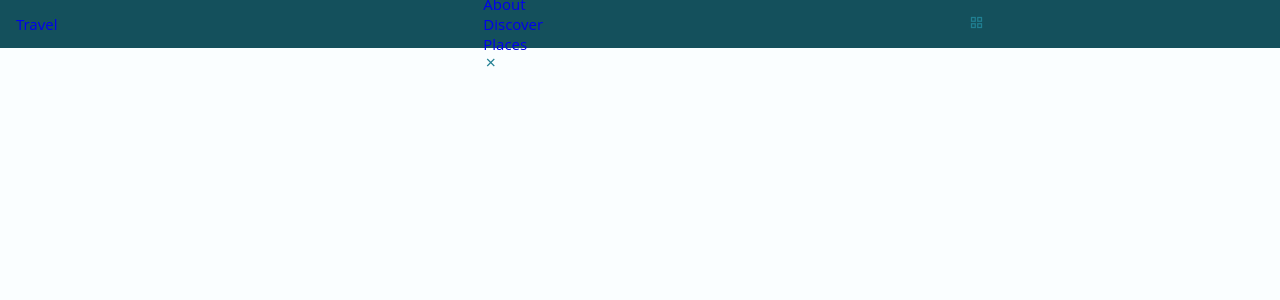
Repository: long5122000/Travel
Page: index.html
The author's editor kept a copy of each file at every save. The page is drawn from the files as they stood at one save, then again after the next save.
The browser window is 1280 px wide. The pictures show the whole page.
The style sheet was rebuilt from its Sass, Less or Tailwind sources for each picture, by a compiler version that may differ from the author's.

Above is the page before, as saved 2021-10-29 10:04:00.

After the next save:
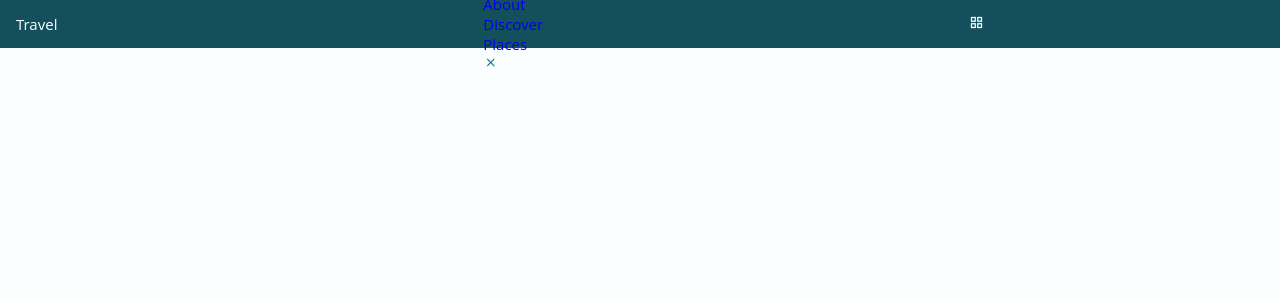
Saved 73 s later.
--- a/assets/sass/_header.scss
+++ b/assets/sass/_header.scss
@@ -12,3 +12,7 @@
   justify-content: space-between;
   align-items: center;
 }
+.nav__logo,
+.nav__toggle {
+  color: var(--white-color);
+}
